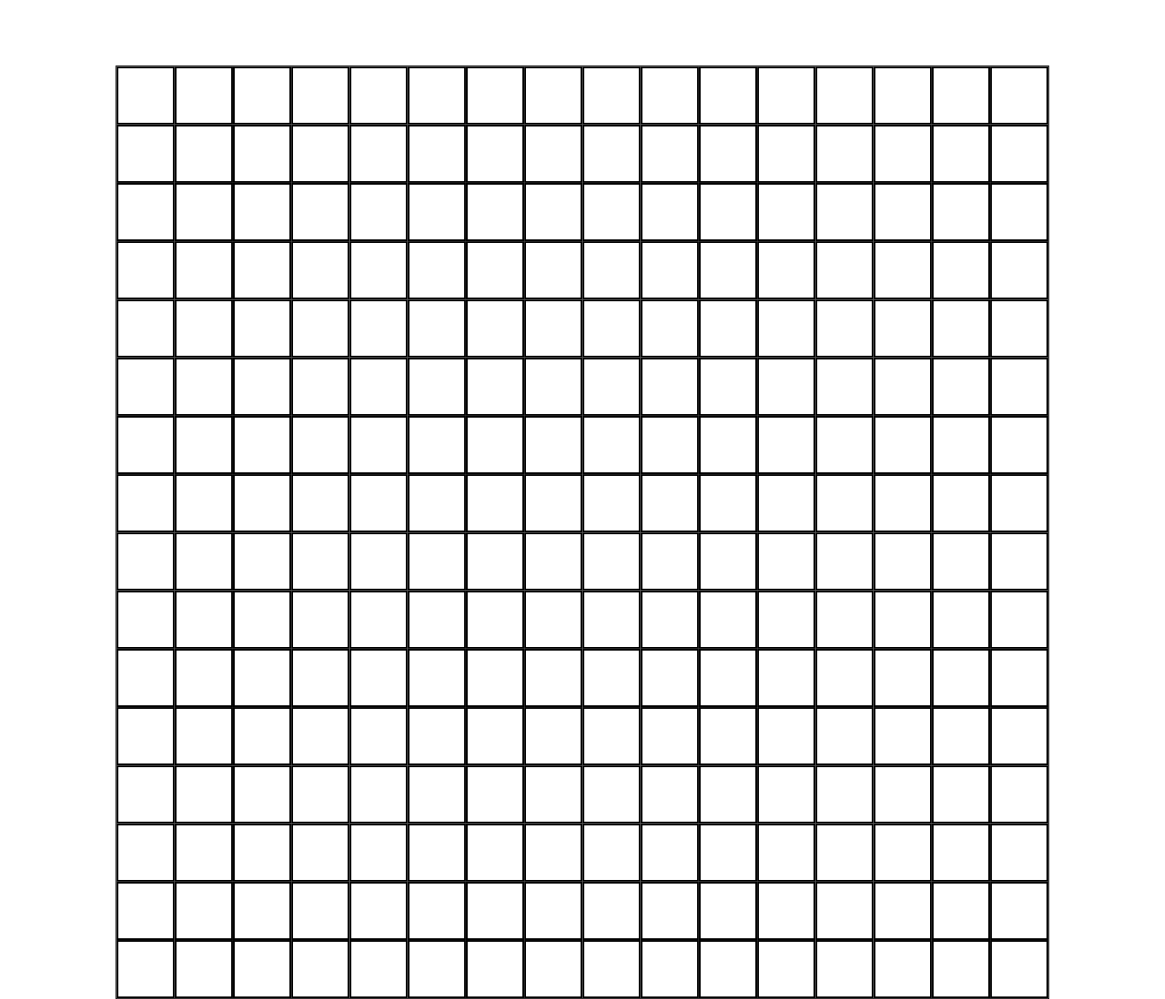
Repository: ShaneLau2/Odin-Project-Etch-a-Sketch
Page: index.html
These files come from the project's save history. The page is drawn as it stood at one moment and after the next save; the edit follows.
The browser window is 1280 px wide. The pictures show the whole page, at 91% of full size.

Above is the page before, as saved 2024-03-04 17:22:09.

After the next save:
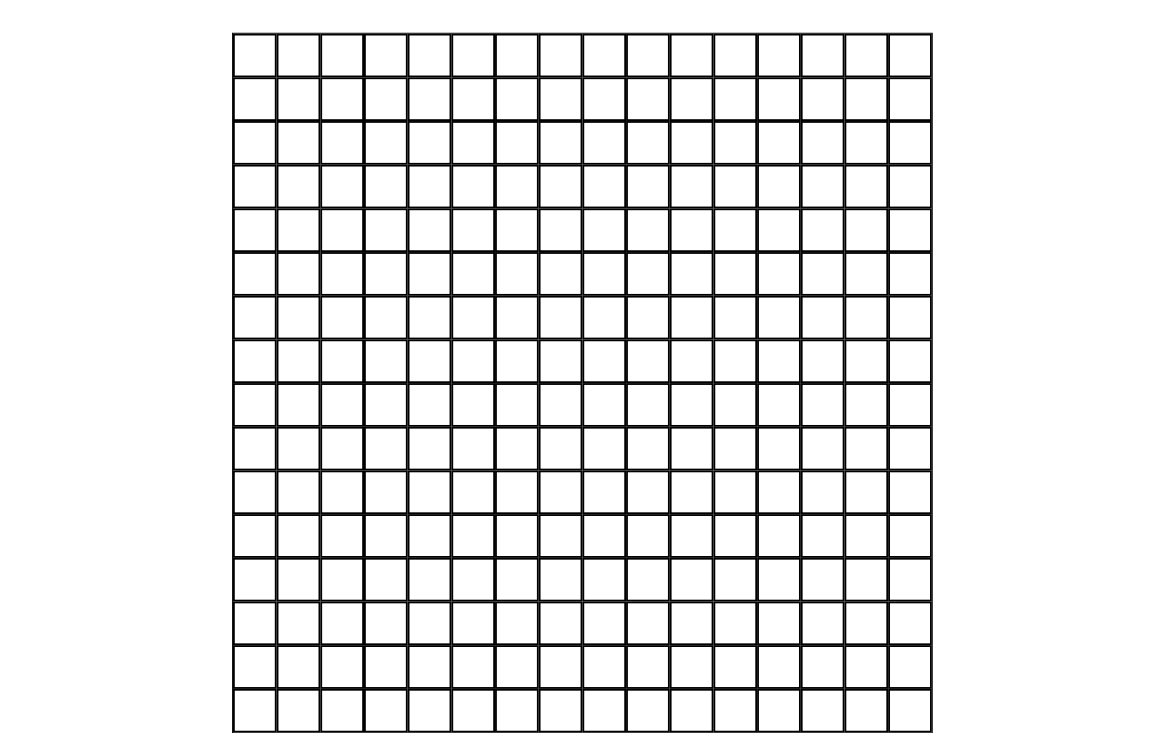
Saved 75 s later.
--- a/styles.css
+++ b/styles.css
@@ -8,9 +8,9 @@ html {
 #container {
     display: flex;
     flex-wrap: wrap;
-    width: 80vw;
-    height: 80vw;
-    margin: 10vh auto;
+    width: 60vw;
+    height: 60vw;
+    margin: 5vh auto;
     border: 1px solid #000;
 }
 
